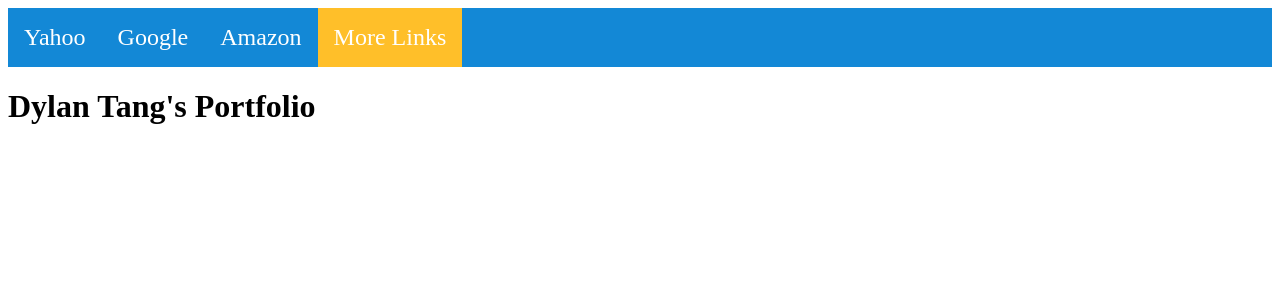
Repository: TangDylan/TangDylan.github.io
Page: index.html
The author's editor kept a record of every edit. The page is drawn from the files as they stood at one moment, then again after the next edit.
The browser window is 1280 px wide. The pictures show the whole page.

Above is the page before.

After the next edit:
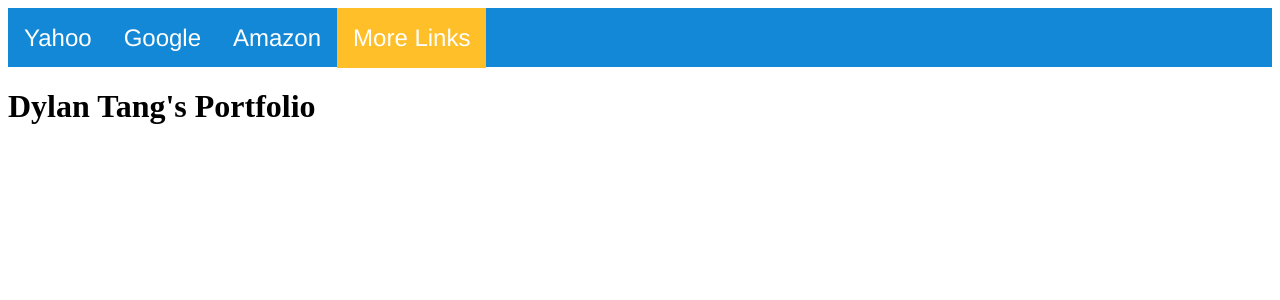
The edit:
--- a/index.html
+++ b/index.html
@@ -14,6 +14,7 @@
      .navbar a, .morelinks {
         color: white;
         font-size: 24px;
+        font-family:helvetica;
         text-decoration: none;
         padding:16px;
         float:left;
